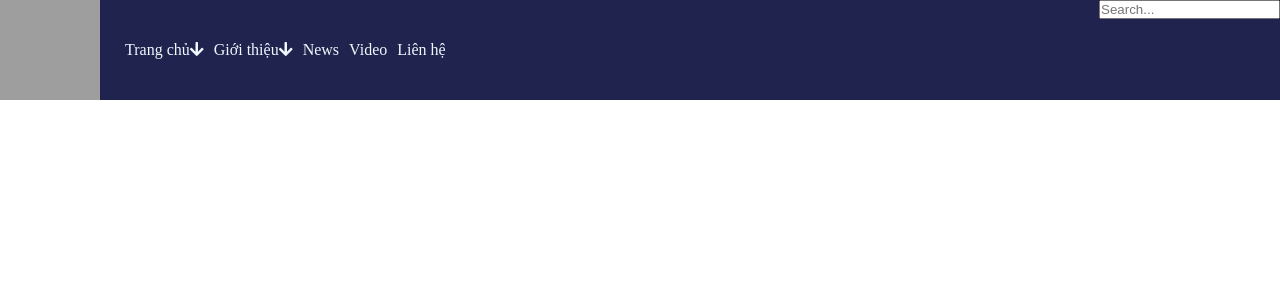
Repository: Luong-tung/newtopics
Page: index2.html
These files come from the project's save history. The page is drawn as it stood at one moment and after the next save; the edit follows.
The browser window is 1280 px wide. The pictures show the whole page.
Pictures or frames that could not be fetched are drawn as grey boxes. Some web libraries are served in a nearby version.

Above is the page before, as saved 2021-10-07 18:01:47.

### index2.html
<!DOCTYPE html>
<html lang="en">
<head>
    <meta charset="UTF-8">
    <meta http-equiv="X-UA-Compatible" content="IE=edge">
    <meta name="viewport" content="width=device-width, initial-scale=1.0">
    <title>trang web thương mai điện tử</title>
    <link rel="stylesheet" href="iu2.css">
    <link rel="stylesheet" href="https://pro.fontawesome.com/releases/v5.10.0/css/all.css" integrity="sha384-AYmEC3Yw5cVb3ZcuHtOA93w35dYTsvhLPVnYs9eStHfGJvOvKxVfELGroGkvsg+p" crossorigin="anonymous"/>
    <link rel="stylesheet" href="grid.css">

</head>
<body>
    <div class="header">
        <div class="logo">
            <img src="https://scontent.fhan3-5.fna.fbcdn.net/v/t1.15752-9/243148085_229171089102243_5702030057696055665_n.png?_nc_cat=109&ccb=1-5&_nc_sid=ae9488&_nc_ohc=MFQrVL-E3ZUAX81UgOR&_nc_ht=scontent.fhan3-5.fna&oh=bf2530340138a8a1eb55384dd7d37a9e&oe=6184EB79" alt="">


            <ul>
                <li><a href="#"></a>Trang chủ<i class="fas fa-arrow-down"></i></li>
                <li><a href="#"></a>Giới thiệu<i class="fas fa-arrow-down"></i></li>
                <li><a href="#"></a>News</li>
                <li><a href="#"></a>Video</li>
                <li><a href="#"></a>Liên hệ</li>
            </ul>
        </div>
        <div class="search">
            <form>
                <input type="text" name="Search" placeholder="Search...">
            </form>
        </div>









    </div>
    <script src="./main2.js"></script>
</body>
</html>

### iu2.css
*{
    padding: 0;
    margin: 0;

}
.header{
    width: 100%;
    height: 100px;
    background: rgb(32, 35, 77);
    display: flex;
    justify-content: space-between;

}
.header .logo img{
    width: 100px;
    height: 100px;

}
.header .logo{
    display: flex;
}
.header .logo ul{
    color: aliceblue;
    margin-left: 20px;
    display: flex;
    align-items: center;
    justify-content: space-between;
}
.header .logo ul li{
    list-style: none;
    cursor: pointer;
    margin: 0px 5px;


}

Loaded but not shown: grid.css (no stored copy; drawn as an empty file); main2.js (no stored copy; drawn as an empty file)

After the next save:
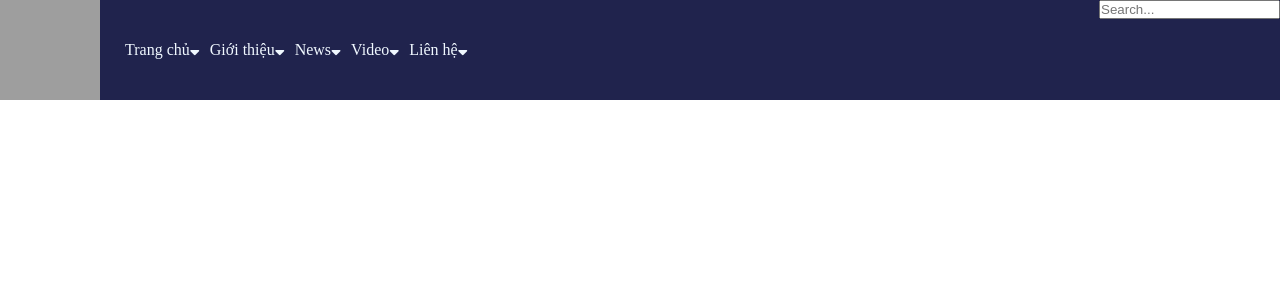
Saved 54 s later.
--- a/index2.html
+++ b/index2.html
@@ -17,11 +17,11 @@
 
 
             <ul>
-                <li><a href="#"></a>Trang chủ<i class="fas fa-arrow-down"></i></li>
-                <li><a href="#"></a>Giới thiệu<i class="fas fa-arrow-down"></i></li>
-                <li><a href="#"></a>News</li>
-                <li><a href="#"></a>Video</li>
-                <li><a href="#"></a>Liên hệ</li>
+                <li><a href="#"></a>Trang chủ<i class="fas fa-sort-down"></i></li>
+                <li><a href="#"></a>Giới thiệu<i class="fas fa-sort-down"></i></li>
+                <li><a href="#"></a>News<i class="fas fa-sort-down"></i></li>
+                <li><a href="#"></a>Video<i class="fas fa-sort-down"></i></li>
+                <li><a href="#"></a>Liên hệ<i class="fas fa-sort-down"></i></li>
             </ul>
         </div>
         <div class="search">
